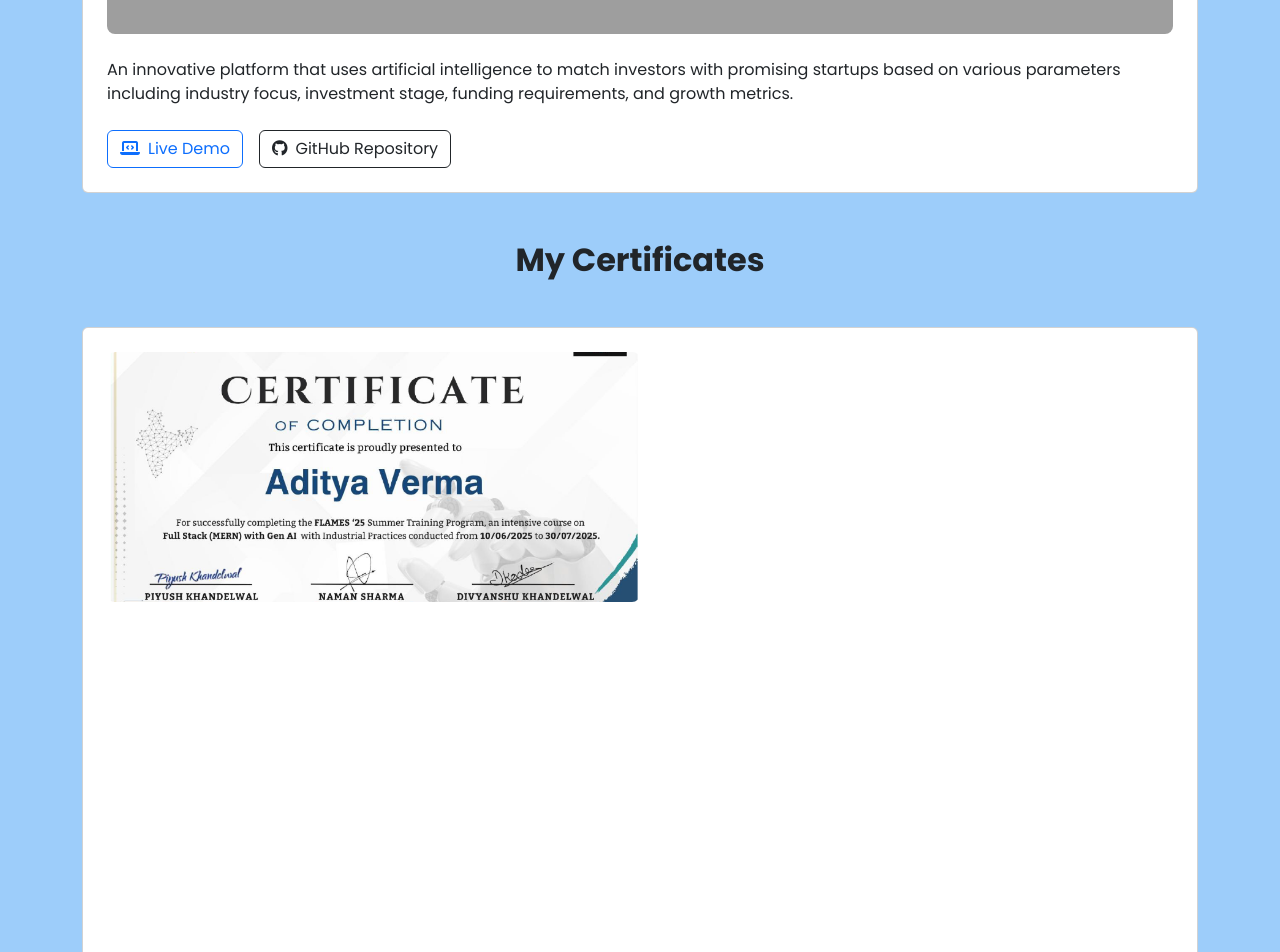
Repository: AdityaTech-Pro/Portfolio-Aditya-Verma
Page: Aditya Portfolio/index.html
An editor plug-in stored every save of this project. The page is shown before and after the next save, followed by the edit.
The browser window is 1280 px wide. The pictures show the part of the page from y = 4080 to 5032 px (the page is 5807 px tall).
Pictures or frames that could not be fetched are drawn as grey boxes.

Above is the page before, as saved 2026-01-08 00:36:42.

After the next save:
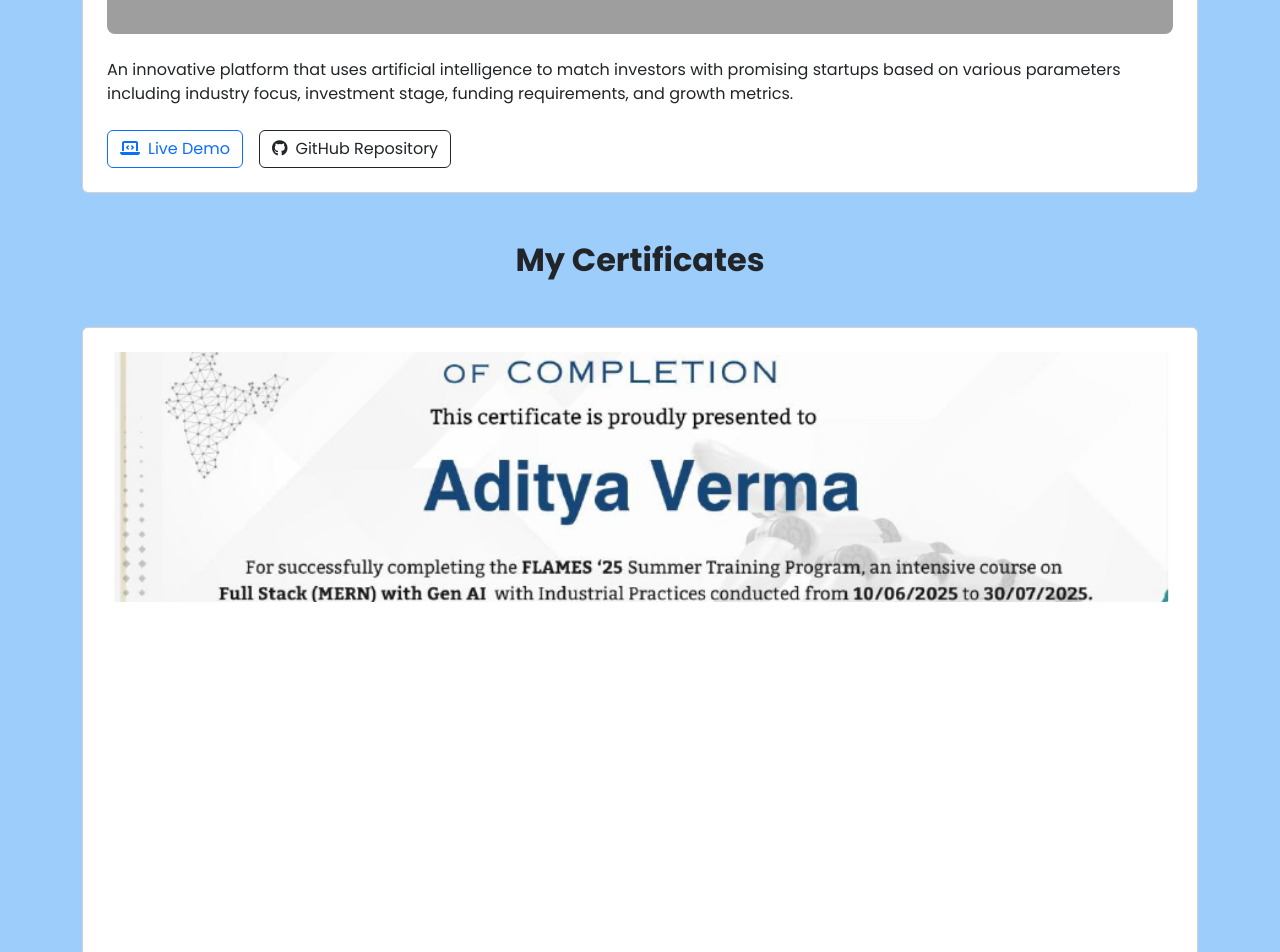
Saved 18 s later.
--- a/Aditya Portfolio/index.html
+++ b/Aditya Portfolio/index.html
@@ -375,7 +375,7 @@
                     <!--Image-->
                     <div class="video-container mb-4">
                         <div class="video-container mb-4">
-                            <img src="./assets/Full Stack Dev Certificate1.png" alt="Full Stack Development 1" class="project-img img-fluid w-50">
+                            <img src="./assets/Full Stack Dev Certificate1.png" alt="Full Stack Development 1" class="project-img img-fluid w-100">
                         </div>
                         <!--Certificate name and Describtion-->
                         <p class="card-text mb-4 ">
